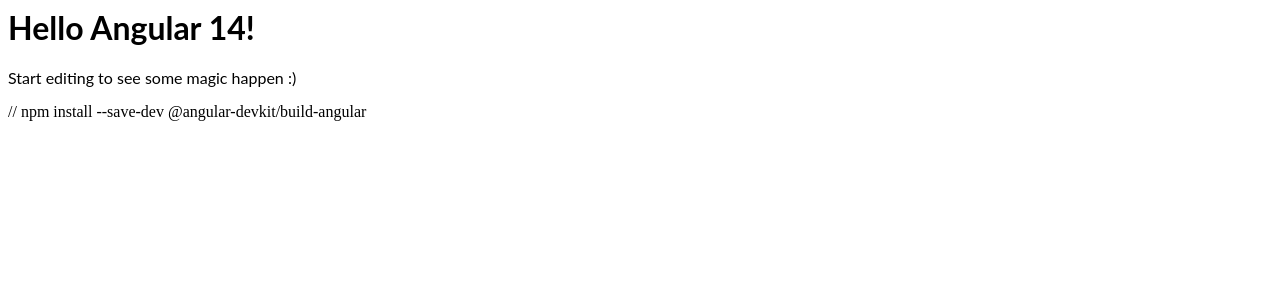
Repository: leduc24/baitap-angular100day
Page: / (app in angular_bai7/)
An editor plug-in stored every save of this project. The page is shown before and after the next save, followed by the edit.
The browser window is 1280 px wide. The pictures show the whole page.
The project was rebuilt for these pictures with package versions that can differ from the ones it lists, and the page was loaded fresh each time. Also part of the build but not shown: angular_bai7/angular.json.

Above is the page before, as saved 2022-07-03 17:58:47.

After the next save:
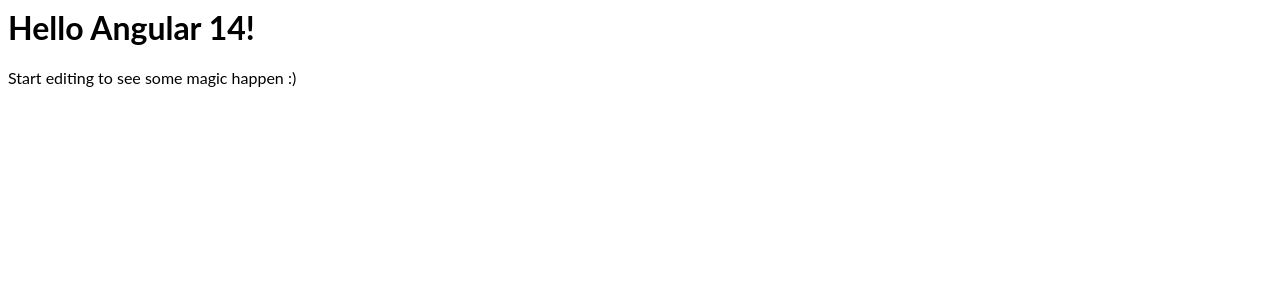
Saved 14 h 21 min later.
--- a/angular_bai7/src/app/app.component.html
+++ b/angular_bai7/src/app/app.component.html
@@ -2,4 +2,3 @@
 <p>
   Start editing to see some magic happen :)
 </p>
-// npm install --save-dev @angular-devkit/build-angular
